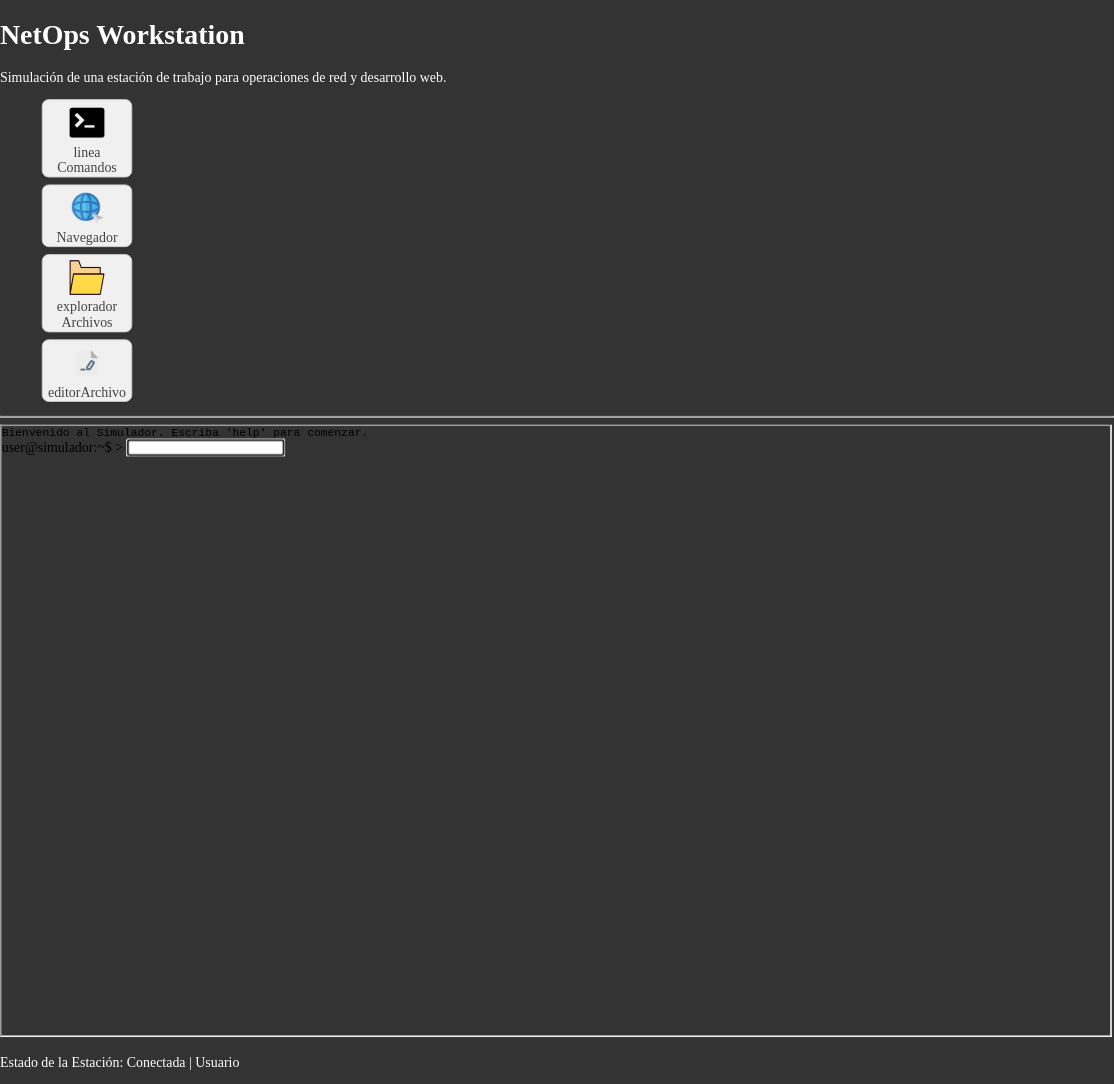
Repository: ValdezGalia/ProgramacionWebUcab
Page: lan-01.html
The author's editor kept a copy of each file at every save. The page is drawn from the files as they stood at one save, then again after the next save.
The browser window is 1280 px wide. The pictures show the whole page, at 87% of full size.

Above is the page before, as saved 2025-11-13 16:35:50.

### lan-01.html
<!DOCTYPE html>
<html lang="es">

<head>
    <meta charset="UTF-8">
    <meta name="viewport" content="width=device-width, initial-scale=1.0">
    <meta name="author" content="Orlando Valdez / Jenry Youssef / Oscar Torres">
    <link rel="stylesheet" href="/style/lan-01.css">
    <title>NetOps Workstation: Estación de Trabajo</title>
</head>

<body>

    <header>
        <h1>NetOps Workstation</h1>
        <p>Simulación de una estación de trabajo para operaciones de red y desarrollo web.</p>
    </header>

    <main id="workstation-container">

        <nav id="app-navigation" aria-label="Aplicaciones de la estación de trabajo">
            <ul id="app-list">
                <li><a href="#" data-tool="lineaComandos"><img src="assets/img/terminal.png" class="app-icon" alt="lineaComandos"><span>linea Comandos</span></a></li>
                <li><a href="#" data-tool="navegador"><img src="assets/img/navweb.png" class="app-icon" alt="Navegador"><span>Navegador</span></a></li>
                <li><a href="#" data-tool="exploradorArchivos"><img src="assets/img/exploarch.png" class="app-icon" alt="exploradorArchivos"><span>explorador Archivos</span></a></li>
                <li><a href="#" data-tool="editorArchivo"><img src="assets/img/editArchivo.png" class="app-icon" alt="editorArchivo"><span>editorArchivo</span></a></li>
            </ul>
        </nav>

        <hr>
        <!-- Contenedor de herramientas de forma dinamica y sostenible -->
        <section id="application-display">
            <iframe id="tool-iframe" src="pages/lineaComandos.html" sandbox="allow-scripts allow-same-origin"
                title="Aplicación interactiva" width="99.5%" height="700px"></iframe>
        </section>

    </main>

    <footer aria-label="Estado y Diagnóstico">
        <p>Estado de la Estación: Conectada | <span class="user">Usuario</span></p>
    </footer>

    <script>
        document.addEventListener('DOMContentLoaded', () => {
            const iframe = document.getElementById('tool-iframe');
            const navLinks = document.querySelectorAll('#app-list a');

            navLinks.forEach(link => {
                link.addEventListener('click', (event) => {
                    debugger
                    event.preventDefault();

                    const toolName = event.target.dataset.tool;
                    const newSrc = `pages/${toolName}.html`;

                    iframe.src = newSrc;

                    /*Esto aun no hace nada ya que aun no se implementa la logica que distige la clase active*/
                    navLinks.forEach(navLink => navLink.classList.remove('active'));
                    event.target.classList.add('active');
                });
            });
        });
    </script>

</body>

</html>

### style/lan-01.css
html, body{
    padding: 0;
    margin: 0;
    background-color: #333;
    color: white
}

nav ul li{
    list-style: none;
}

nav ul li a {
    display: flex;
    flex-direction: column;
    justify-content: center;
    align-items: center;

    /* Estilos visuales de App */
    text-decoration: none;
    color: #444444;
    background-color: #f0f0f0;
    padding: 1px;
    margin: 8px;
    border: 1px solid #cccccc;
    border-radius: 8px;
    box-shadow: 0 2px 4px rgba(0, 0, 0, 0.05);
    transition: all 0.2s ease;
    width: 100px;
    text-align: center;
}

/* Estilos para el Ícono (la imagen) */
nav ul li a .app-icon {
    width: 40px; /* Tamaño del icono */
    height: 40px;
    margin-bottom: 5px; /* Espacio entre el icono y la etiqueta de texto */
    /* Asegura que la imagen no tenga un borde o estilo propio que moleste */
    border: none;
}

/* Estilos para el Texto (la etiqueta) */
nav ul li a img {
    font-size: 0.85em; /* Fuente pequeña para la etiqueta */
    font-weight: 500;
    margin-top: 5px;
    color: #444444; /* Asegura el color del texto */
}

/* Interacción: Estado Hover (Al pasar el ratón) */
nav ul li a:hover {
    background-color: #e0e0e0; /* Un poco más oscuro al pasar el ratón */
    border-color: #a0a0a0;
    box-shadow: 0 4px 8px rgba(0, 0, 0, 0.1);
    transform: scale(1.02); /* Un ligero crecimiento para resaltar */
}

### pages/lineaComandos.html
<!DOCTYPE html>
<html lang="es">
<head>
    <meta charset="UTF-8">
    <meta name="viewport" content="width=device-width, initial-scale=1.0">
    <meta name="description" content="Un linea de comandos (CLI) basada en diseño de la de linux">
    <link rel="stylesheet" href="/style/commandline.css">
    <title>Linea de comandos</title>
</head>
<body>
    <div id="terminal-window">
        <pre id="terminal-output">Bienvenido al Simulador. Escriba 'help' para comenzar.</pre>

        <div id="command-line">
            <span id="prompt">user@simulador:~$ > </span>
            <input type="text" id="command-input" autofocus>
        </div>
    </div>
</body>
</html>

### style/commandline.css
* {
    margin: 0px;
    padding: 0px;
}

html, body{
    margin: 0;
    padding: 0;
    width: 100%;
    height: 100%;
    overflow: hidden;
    background-color: #333;
}

textarea{
    display: block;
    display: block;
    width: 100%;
    height: 100%;
    box-sizing: border-box;
    border: none;
    outline: none;
    resize: none;
    font-family: monospace;
    padding: 10px;
    background-color: #2036;
    color: white;
}

After the next save:
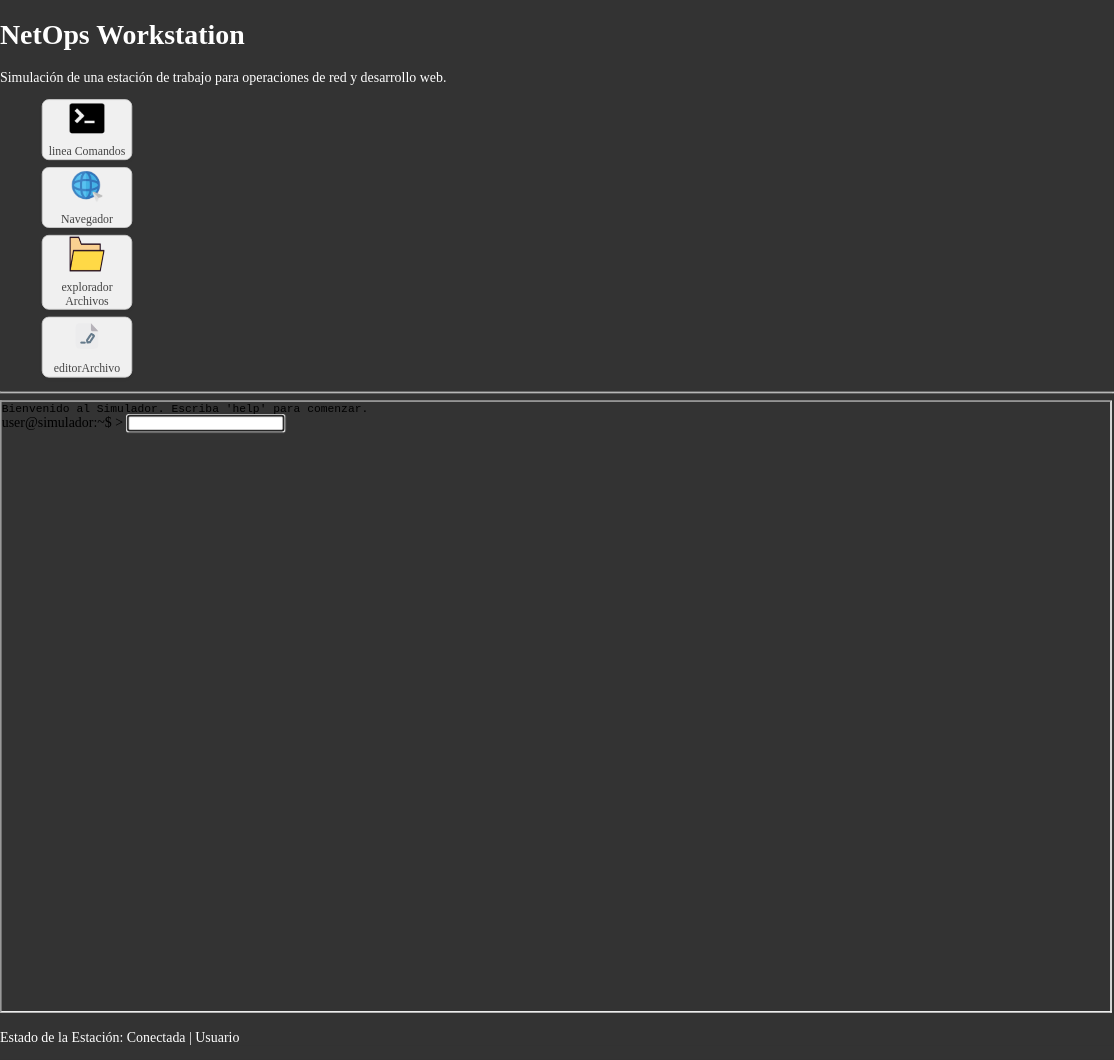
Saved 90 s later.
--- a/style/lan-01.css
+++ b/style/lan-01.css
@@ -39,7 +39,7 @@ nav ul li a .app-icon {
 }
 
 /* Estilos para el Texto (la etiqueta) */
-nav ul li a img {
+nav ul li a span {
     font-size: 0.85em; /* Fuente pequeña para la etiqueta */
     font-weight: 500;
     margin-top: 5px;
